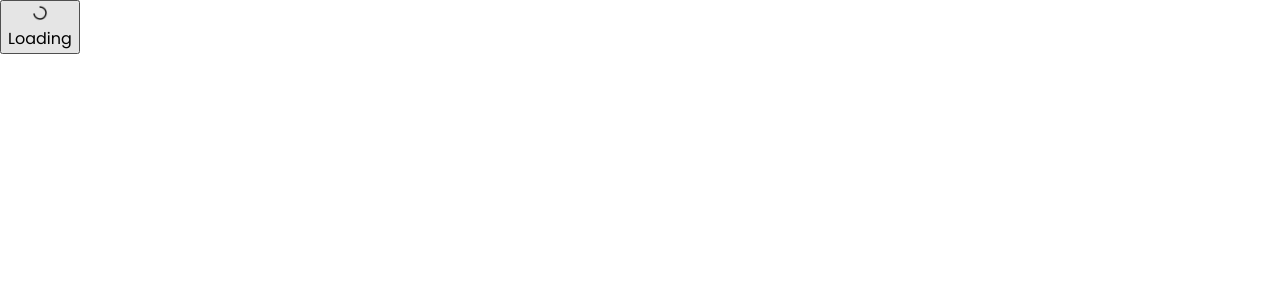
Repository: hoang0508/ReactJsDevWork
Page: /
An editor plug-in stored every save of this project. The page is shown before and after the next save, followed by the edit.
The browser window is 1280 px wide. The pictures show the whole page.
The project was rebuilt for these pictures with package versions that can differ from the ones it lists, and the page was loaded fresh each time.

Above is the page before, as saved 2022-02-01 22:48:56.

After the next save:
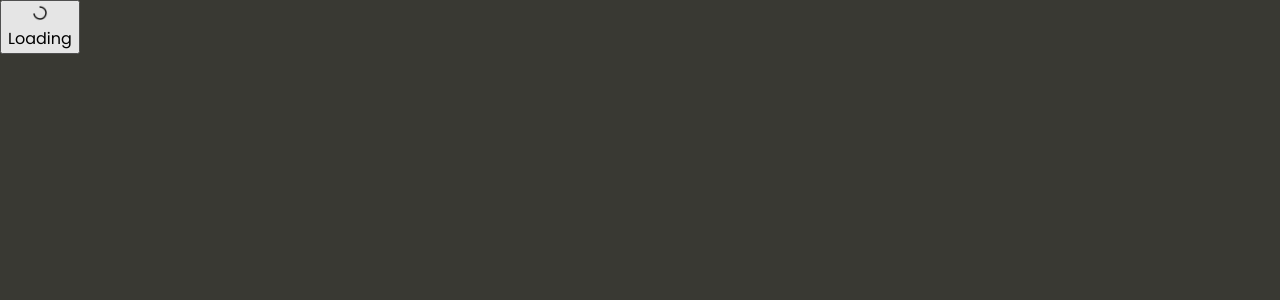
Saved 12 s later.
--- a/src/App.scss
+++ b/src/App.scss
@@ -42,3 +42,7 @@ picture {
     scroll-behavior: auto !important;
   }
 }
+
+body {
+  background-color: #393933;
+}
